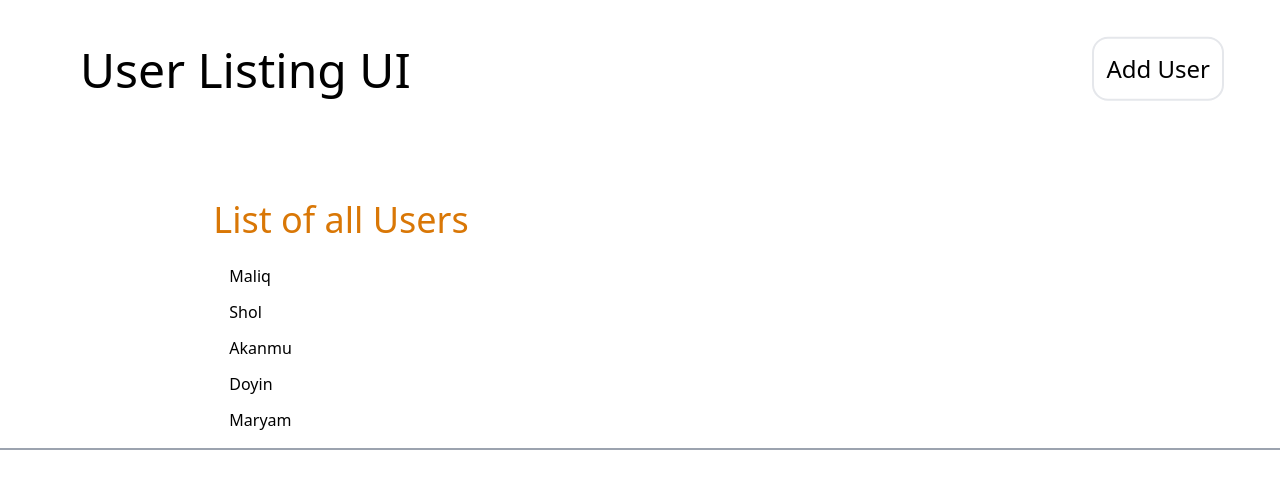
Repository: Marlstergo/listings
Page: /edit (app in client/)
The author's editor kept a copy of each file at every save. The page is drawn from the files as they stood at one save, then again after the next save.
The browser window is 1280 px wide. The pictures show the whole page.
The project was rebuilt for these pictures with package versions that can differ from the ones it lists, and the page was loaded fresh each time. Also part of the build but not shown: client/craco.config.js, client/src/components/Loader.js, client/src/components/Order.js, client/src/components/Modal.js. Imported but missing from the stored project, and not drawn on this page: client/src/components/Base, client/src/components/Toppings.

Above is the page before, as saved 2021-07-20 23:55:58.

### client/src/index.js
/* eslint-disable no-unused-vars */
import React from "react";
import ReactDOM from "react-dom";
import "./index.css";
import App from "./App";
import reportWebVitals from "./reportWebVitals";
import { BrowserRouter } from "react-router-dom";
import { Provider } from "react-redux";
import { store } from "./redux/store";
import { PersistGate } from "redux-persist/integration/react";
import { persistor } from "./redux/store";

ReactDOM.render(
  <React.StrictMode>
    <Provider store={store}>
      <BrowserRouter>
        <PersistGate persistor={persistor}>
          <App />
        </PersistGate>
      </BrowserRouter>
    </Provider>
  </React.StrictMode>,
  document.getElementById("root")
);

// If you want to start measuring performance in your app, pass a function
// to log results (for example: reportWebVitals(console.log))
// or send to an analytics endpoint. Learn more: https://bit.ly/CRA-vitals
reportWebVitals();

### client/src/App.js
import React, { useState } from 'react';
import { Route, Switch, useLocation } from "react-router-dom";
import Header from './components/Header';
import Home from './components/Home';
import Base from './components/Base';
import Toppings from './components/Toppings';
import Order from './components/Order';
import Modal from './components/Modal';
import { AnimatePresence } from 'framer-motion';

function App() {
  const location = useLocation();
  const showModal = true;

  return (
    <>
      <Header />
      {/* <Modal showModal={showModal} /> */}
      <AnimatePresence exitBeforeEnter>
        <Switch location={location} key={location.key}>
          <Route path="/">
            <Home />
          </Route>
          <Route path="/createUpdateUser">
            <Toppings />
          </Route>
          <Route path="/order">
            <Order />
          </Route>
          <Route path="/">
            <Home />
          </Route>
        </Switch>
      </AnimatePresence>

    </>
  );
}

export default App;

### client/src/redux/store.js
import { createStore, applyMiddleware } from "redux";
import { logger } from 'redux-logger';
import {persistStore} from 'redux-persist';
// import thunk from 'redux-thunk'
import createSagaMiddleware from 'redux-saga'

import rootSaga from './root-sagas'

import rootReducer from './root-reducer';

const sagaMiddleware = createSagaMiddleware()

const middleware = [sagaMiddleware];

if( process.env.NODE_ENV === 'development'){
    middleware.push(logger)
}

export const store = createStore(rootReducer, applyMiddleware(...middleware))

sagaMiddleware.run(rootSaga)

export const persistor = persistStore(store)

export default (store, persistor);

### client/src/components/Header.js
import React from "react";
import { motion } from "framer-motion";

const svgVariants = {
  hidden: { rotate: -180 },
  visible: {
    rotate: 0,
    transition: { duration: 1 },
  },
};

const pathVariants = {
  hidden: {
    opacity: 0,
    pathLength: 0,
  },
  visible: {
    opacity: 1,
    pathLength: 1,
    transition: {
      duration: 2,
      ease: "easeInOut",
    },
  },
};

const buttonVariants = {
  show: {
    y: [0, -20],
    x: 0,
    textShadow: "0px 0px 8px rgb(255,255,255)",
    boxShadow: "0px 0px 8px rgb(255,255,255)",
    transition: {
      duration: 0.3,
      yoyo: Infinity,
      ease: 'easeOut'
    },
  },
};

const Header = () => {
  return (
    <header className="flex p-14 w-screen justify-between  items-center">
      {/* <motion.div
        className="logo"
        drag
        dragConstraints={{ left: 0, top: 0, right: 0, bottom: 0 }}
        dragElastic={0.7}
      >

      </motion.div> */}
      <motion.div
        className=" flex justify-between w-full ml-6 text-xs"
        initial={{ y: -250 }}
        animate={{ y: -10 }}
        transition={{ delay: 0.2, type: "spring", stiffness: 120 }}
      >
        <h1 className=" pb-4 text-5xl">User Listing UI</h1>
        <motion.button variants={buttonVariants} whileHover="hover"
        animate="show"
        className="text-2xl border-2 px-3 rounded-2xl"
        >
          Add User
        </motion.button>
      </motion.div>
    </header>
  );
};

export default Header;

### client/src/components/Home.js
import React from "react";
import { Link } from "react-router-dom";
import { motion } from "framer-motion";
import Loader from "./Loader";



const containerVariants = {
  hidden: {
    opacity: 0,
  },
  visible: {
    opacity: 1,
    transition: { delay: 1.5, duration: 1.5 },
  },
  exit: {
    x: "-100vh",
    transition: { ease: "easeInOut" },
  },
};
const users = ["maliq", "shol", "akanmu", "doyin", "maryam"];
const Home = () => {
  return (
    <motion.div
      className="  pb-4 mb-4 border-b-2 border-gray-400 flex flex-col items-center"
      variants={containerVariants}
      initial="hidden"
      animate="visible"
      exit="exit"
    >
      <div className="w-2/3 ">
        <h1 className="text-yellow-600 py-6 text-4xl">List of all Users</h1>
        <ul className="pl-4 space-y-3 capitalize ">
          {users.map(
            (user , idx) => (
              <li key={idx}>{user}</li>
            )
          )}

        </ul>
        {/* <table className="min-w-full divide-y divide-gray-200">
          <thead>
            <tr>
              <th className="px-6 py-3 bg-gray-50 text-left text-xs font-medium text-gray-500 uppercase tracking-wider">
                Transaction
              </th>
              <th className="px-6 py-3 bg-gray-50 text-right text-xs font-medium text-gray-500 uppercase tracking-wider">
                Amount
              </th>
              <th className="hidden px-6 py-3 bg-gray-50 text-left text-xs font-medium text-gray-500 uppercase tracking-wider md:block">
                Status
              </th>
              <th className="px-6 py-3 bg-gray-50 text-right text-xs font-medium text-gray-500 uppercase tracking-wider">
                Date
              </th>
            </tr>
          </thead>
        </table> */}
      </div>
    </motion.div>
  );
};

export default Home;

### client/src/redux/root-sagas.js
import {all, call} from 'redux-saga/effects'
import {userSagas} from './user/user.sagas'


export default function* rootSaga(){
    yield all([
        call(userSagas),
    ])
}

### client/src/redux/root-reducer.js
import {combineReducers} from 'redux'
import userReducer from './user/user.reducer'
// import cartReducer from './cart/cart.reducer'
import {persistReducer} from 'redux-persist'
import storage from 'redux-persist/lib/storage'
// import directoryReducer from './directory/directory.reducer'
// import shopReducer from './shop/shop.reducer'

const persistConfig ={
    key: 'root',
    storage,
    whitelist: ['' ]
}
const rootReducer = combineReducers({
    user: userReducer,

})
export default persistReducer(persistConfig, rootReducer)

### client/src/redux/user/user.sagas.js
import { all, call, put, takeLatest } from "redux-saga/effects";

import UserActionTypes from "./user.types";
import { loadUserDetail } from "./user.action";
// import axios from "axios";
// import { getUserDetailsURL } from "../../components/stringConstants";

export function* getDetails() {
  yield console.log("i fired");

  // try {
  //   console.log("inside try");

  //   const res = yield axios.get(getUserDetailsURL);
  //   const data = yield res.data;
  //   console.log(res);
  //   yield put(loadUserDetail(data ? data.data[0] : {}));
  // } catch (err) {
  //   console.log(err.response);
  //   if (err.response && err.response.statusText === "Not Found") {
  //     // console.log("");
  //     window.location.href = "/profile/settings?newUser=0837";
  //   }
  // }
}

export function* getUserDetails() {
  yield takeLatest(UserActionTypes.GET_USER_DETAIL, getDetails);
}
// export function* loadUserDetails(){
//     yield takeLatest(UserActionTypes.LOAD_USER_DETAIL, loadDetails)
// }

export function* userSagas() {
  yield all([call(getUserDetails)]);
}

### client/src/redux/user/user.reducer.js
import UserActionTypes from "./user.types";
const INITIAL_STATE = {
  // currentUser: null,
  userDetail: {},
  demo: 'i am demo',
  location: null

};
const userReducer = (state = INITIAL_STATE, action) => {
  switch (action.type) {

    case UserActionTypes.LOAD_USER_DETAIL:
      return {
        ...state,
        userDetail: action.payload,
      };

    case UserActionTypes.COLLECT_GEOLOCATION:
      return {
        ...state,
        location: action.payload
      }
    default:
      return state;
  }
};

export default userReducer;

### client/src/redux/user/user.types.js
const UserActionTypes ={
    GOOGLE_SIGN_IN_START : 'GOOGLE_SIGN_IN_START',
    SIGN_IN_SUCCESS : 'SIGN_IN_SUCCESS',
    SIGN_IN_FAILURE : 'SIGN_IN_FAILURE',
    GET_USER_DETAIL: 'GET_USER_DETAIL',
    LOAD_USER_DETAIL: 'LOAD_USER_DETAIL',
    COLLECT_GEOLOCATION: 'COLLECT_GEOLOCATION',
    FETCH_GEOLOCATION: 'FETCH_GEOLOCATION'
}
export default UserActionTypes;

### client/src/redux/user/user.action.js
import UserActionTypes from './user.types'



// export const googleSignInStart = () => ({
//     type: UserActionTypes.GOOGLE_SIGN_IN_START
// })

// export const signInSuccess = (user) => ({
//     type: UserActionTypes.SIGN_IN_SUCCESS,
//     payload: user
// })

export const getUserDetail = () => ({
    type: UserActionTypes.GET_USER_DETAIL,

})
export const loadUserDetail = (details) => ({
    type: UserActionTypes.LOAD_USER_DETAIL,
    payload: details
})

export const fetchGeoloction = () => ({
    type: UserActionTypes.FETCH_GEOLOCATION
})
export const collectGeolocation = (location) => ({
    type: UserActionTypes.COLLECT_GEOLOCATION,
    payload: location
})
// })

### client/tailwind.config.js
  // tailwind.config.js
  module.exports = {
    // mode:'jit',
    purge: ['./src/**/*.{js,jsx,ts,tsx}', './public/index.html'],
     darkMode: false, // or 'media' or 'class'
     theme: {
       extend: {},
     },
     variants: {
       extend: {},
     },
     plugins: [],
   }

Loaded but not shown: client/public/index.html (common file); client/src/index.css (common file); client/src/reportWebVitals.js (common file)

After the next save:
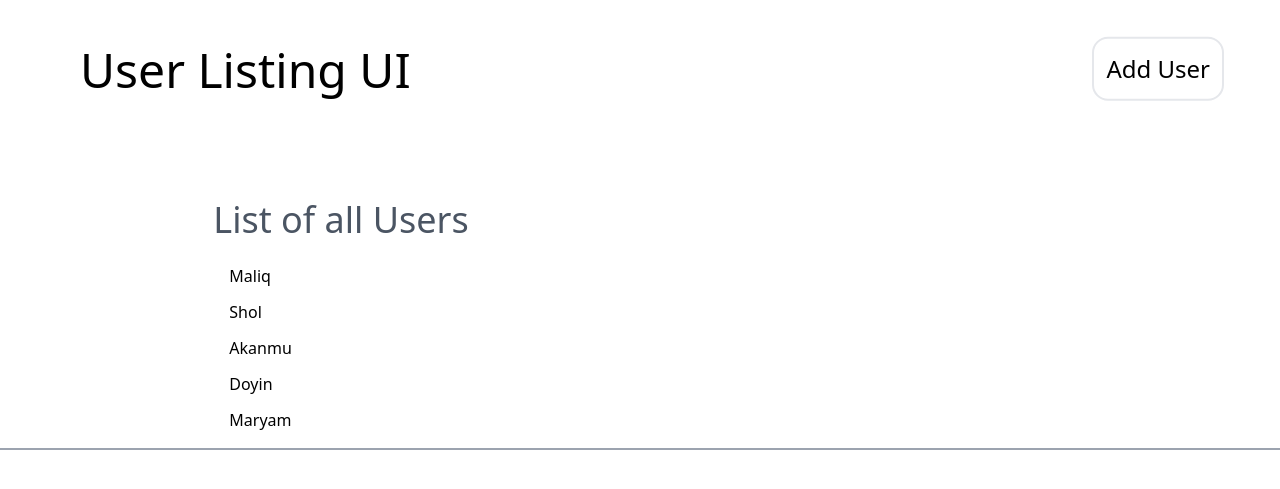
Saved 20 s later.
--- a/client/src/components/Home.js
+++ b/client/src/components/Home.js
@@ -18,6 +18,17 @@ const containerVariants = {
     transition: { ease: "easeInOut" },
   },
 };
+const buttonVariants = {
+  hover: {
+    scale: 1.1,
+    textShadow: "0px 0px 8px rgb(255,255,255)",
+    boxShadow: "0px 0px 8px rgb(255,255,255)",
+    transition: {
+      duration: 0.3,
+      yoyo: Infinity
+    }
+  }
+}
 const users = ["maliq", "shol", "akanmu", "doyin", "maryam"];
 const Home = () => {
   return (
@@ -29,7 +40,7 @@ const Home = () => {
       exit="exit"
     >
       <div className="w-2/3 ">
-        <h1 className="text-yellow-600 py-6 text-4xl">List of all Users</h1>
+        <h1 className="text-gray-600 py-6 text-4xl">List of all Users</h1>
         <ul className="pl-4 space-y-3 capitalize ">
           {users.map(
             (user , idx) => (
